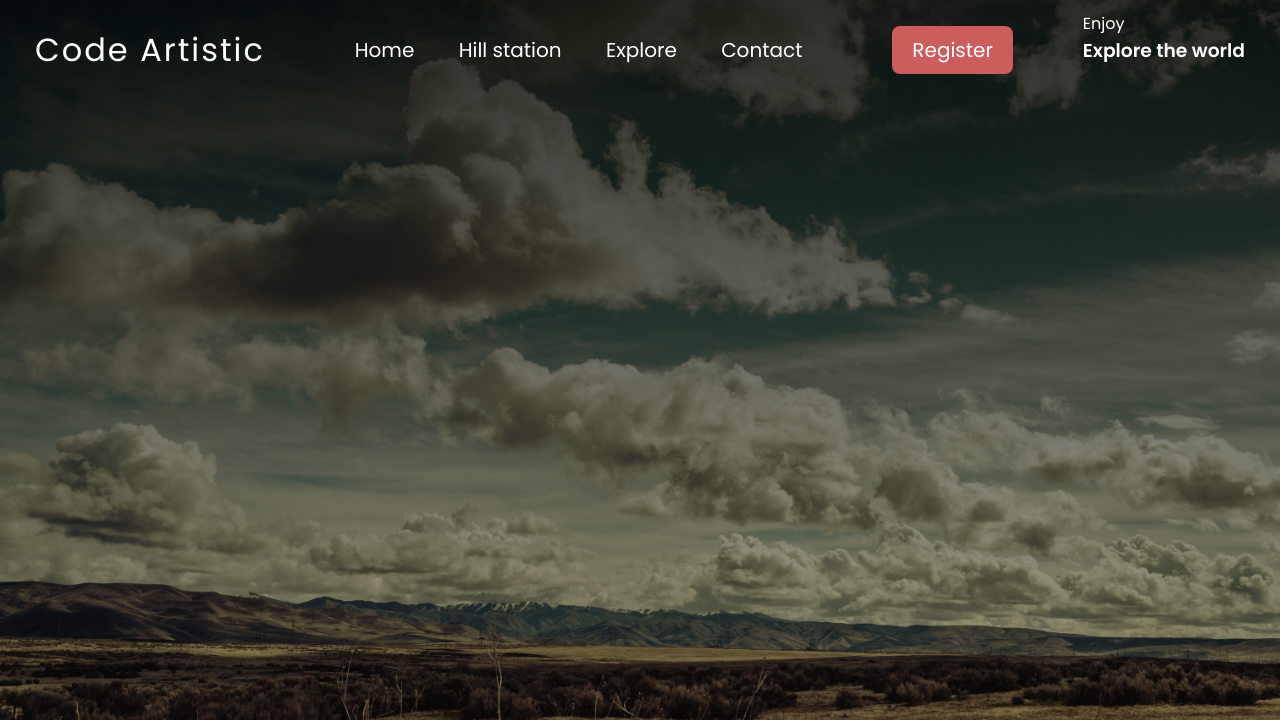
Repository: Ruxmary7/energy
Page: starter/index.html
The author's editor kept a copy of each file at every save. The page is drawn from the files as they stood at one save, then again after the next save.
The browser window is 1280 px wide. The pictures show the whole page.

Above is the page before, as saved 2025-01-10 22:10:05.

After the next save:
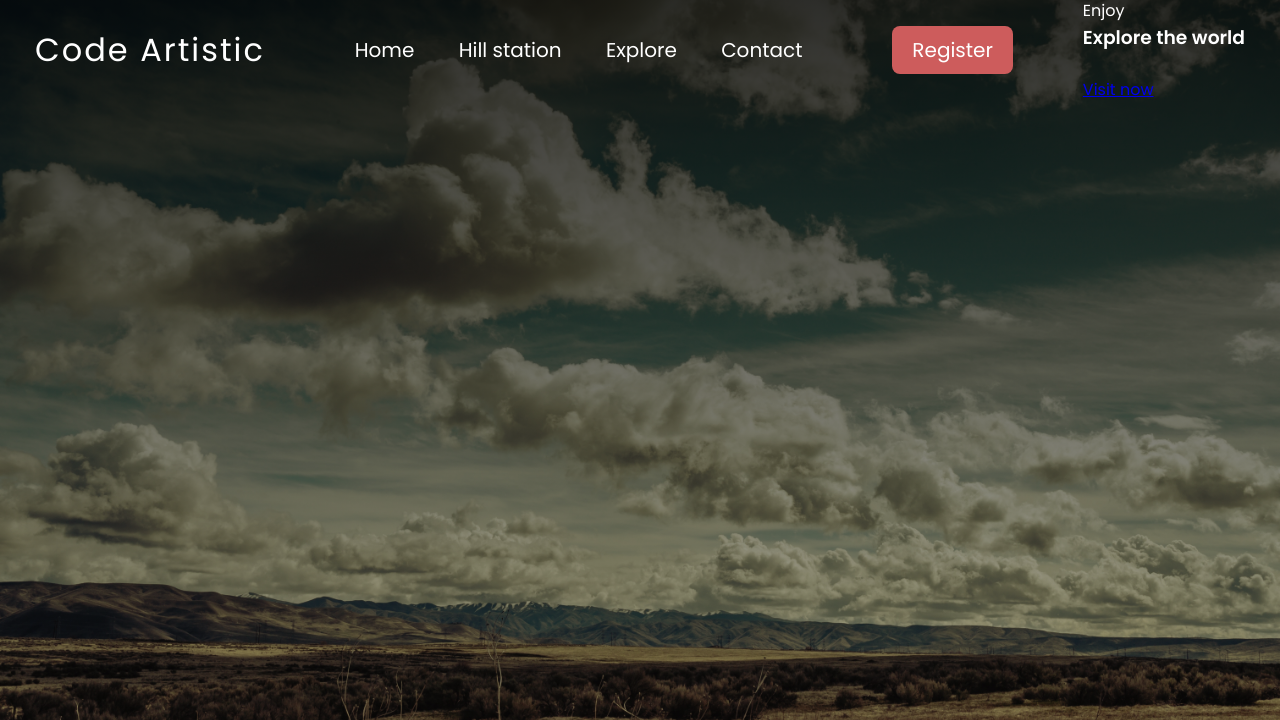
Saved 10 s later.
--- a/starter/index.html
+++ b/starter/index.html
@@ -25,7 +25,7 @@ Code Artistic
 <section><span>Enjoy</span>
 <h1>Explore the world</h1>
 <br>
-<a href="#"></a>
+<a href="#">Visit now</a>
 </section>
 
     </header>
